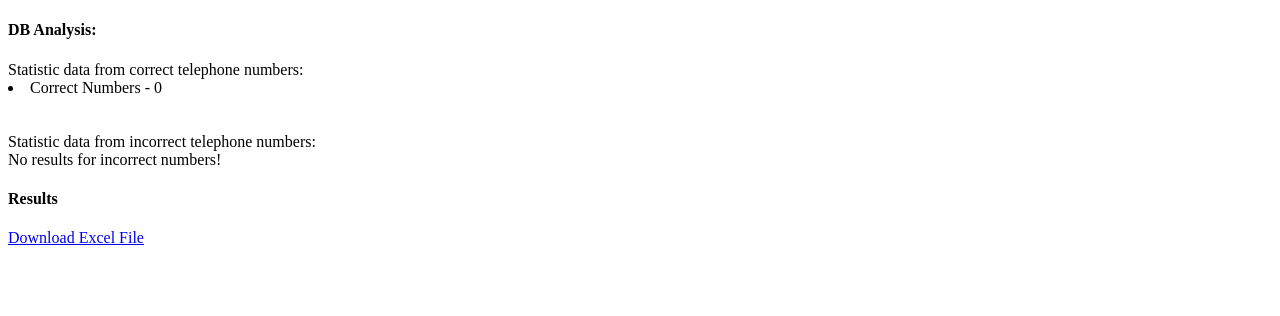
Repository: nathansandi/SpringCourse_Solutions
Page: http://localhost/OLX/WEB-INF/view/dbanalysis.jsp
The author's editor kept a copy of each file at every save. The page is drawn from the files as they stood at one save, then again after the next save.
The browser window is 1280 px wide. The pictures show the whole page.
The page is served by Tomcat 9. Nobody is signed in. The template is opened directly, without the code that normally fills it, so the values that code supplies are empty.

Above is the page before, as saved 2019-03-27 21:54:41.

After the next save:
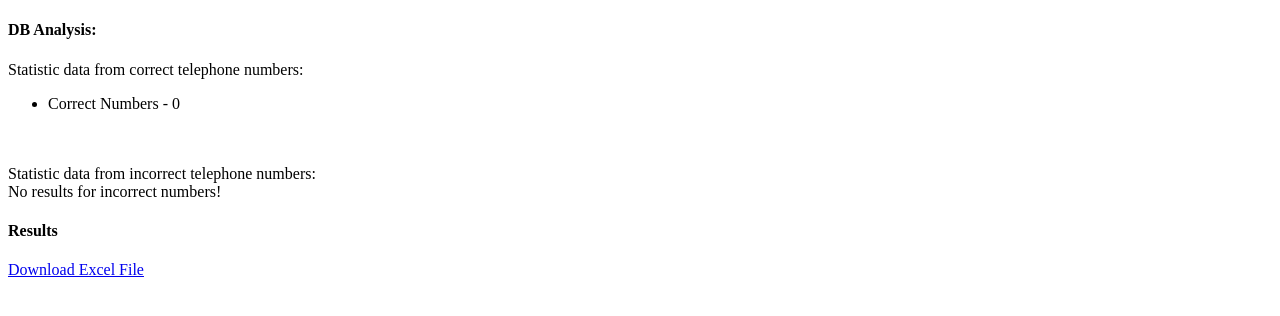
Saved 32 s later.
--- a/OLX/WebContent/WEB-INF/view/dbanalysis.jsp
+++ b/OLX/WebContent/WEB-INF/view/dbanalysis.jsp
@@ -19,7 +19,9 @@
         Statistic data from correct telephone numbers:
         <br>
 		<c:if test="${empty(dbanalysis)}">
-			  <li>Correct Numbers - 0</li>
+			  <ul>
+			 		<li>Correct Numbers - 0</li>
+			  </ul>
 			  <br>
 		</c:if>
         <c:if test="${!empty(dbanalysis)}">
